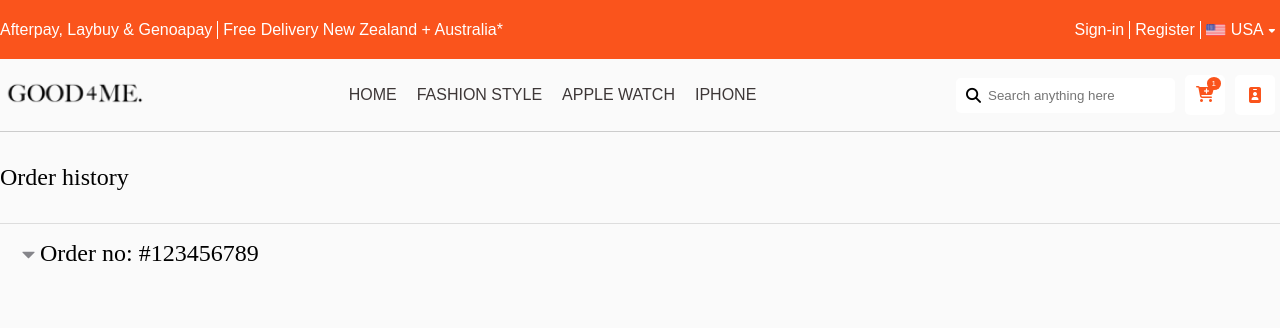
Repository: Ngoc28/Shoppe-web
Page: html/history.html
These files come from the project's save history. The page is drawn as it stood at one moment and after the next save; the edit follows.
The browser window is 1280 px wide. The pictures show the whole page.
Some web fonts or font styles are not loaded; a fallback is used.

Above is the page before, as saved 2023-08-08 22:43:05.

After the next save:
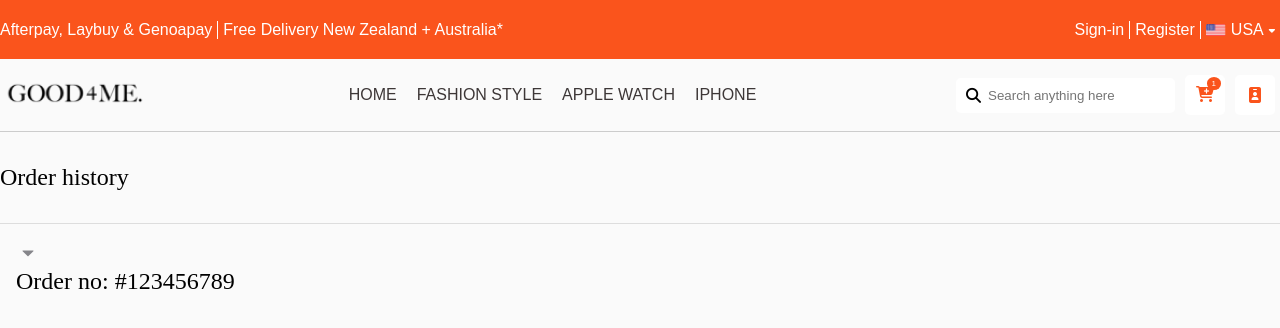
Saved 31 s later.
--- a/html/history.html
+++ b/html/history.html
@@ -74,8 +74,10 @@
         <div class="line"></div>
         <div class="container-block">
             <div class="container-order">
-                <img src="../accest/image/icon.svg" alt="">
-                <p>Order no: #123456789</p>
+                <div class="container-order-top">
+                    <img src="../accest/image/icon.svg" alt="">
+                    <p>Order no: #123456789</p>
+                </div>
             </div>
         </div>
     </div>
